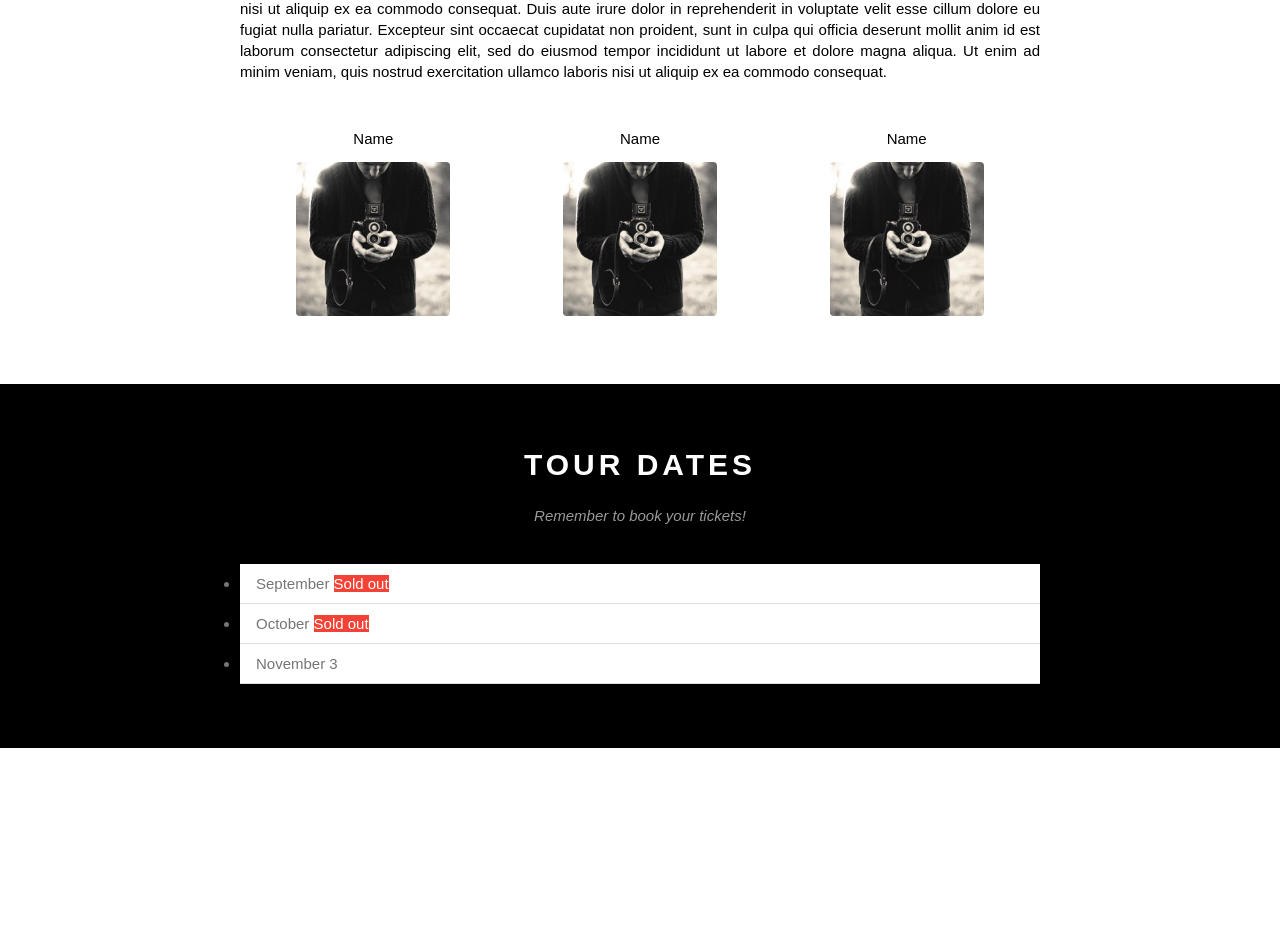
Repository: Phunobita/The-band-w3school
Page: index.html
The author's editor kept a copy of each file at every save. The page is drawn from the files as they stood at one save, then again after the next save.
The browser window is 1280 px wide. The pictures show the part of the page from y = 559 to 1511 px (the page is 1511 px tall).
A picture or video elsewhere on the page could not be fetched, so the positions and the page height are approximate.

Above is the page before, as saved 2021-12-02 22:11:49.

After the next save:
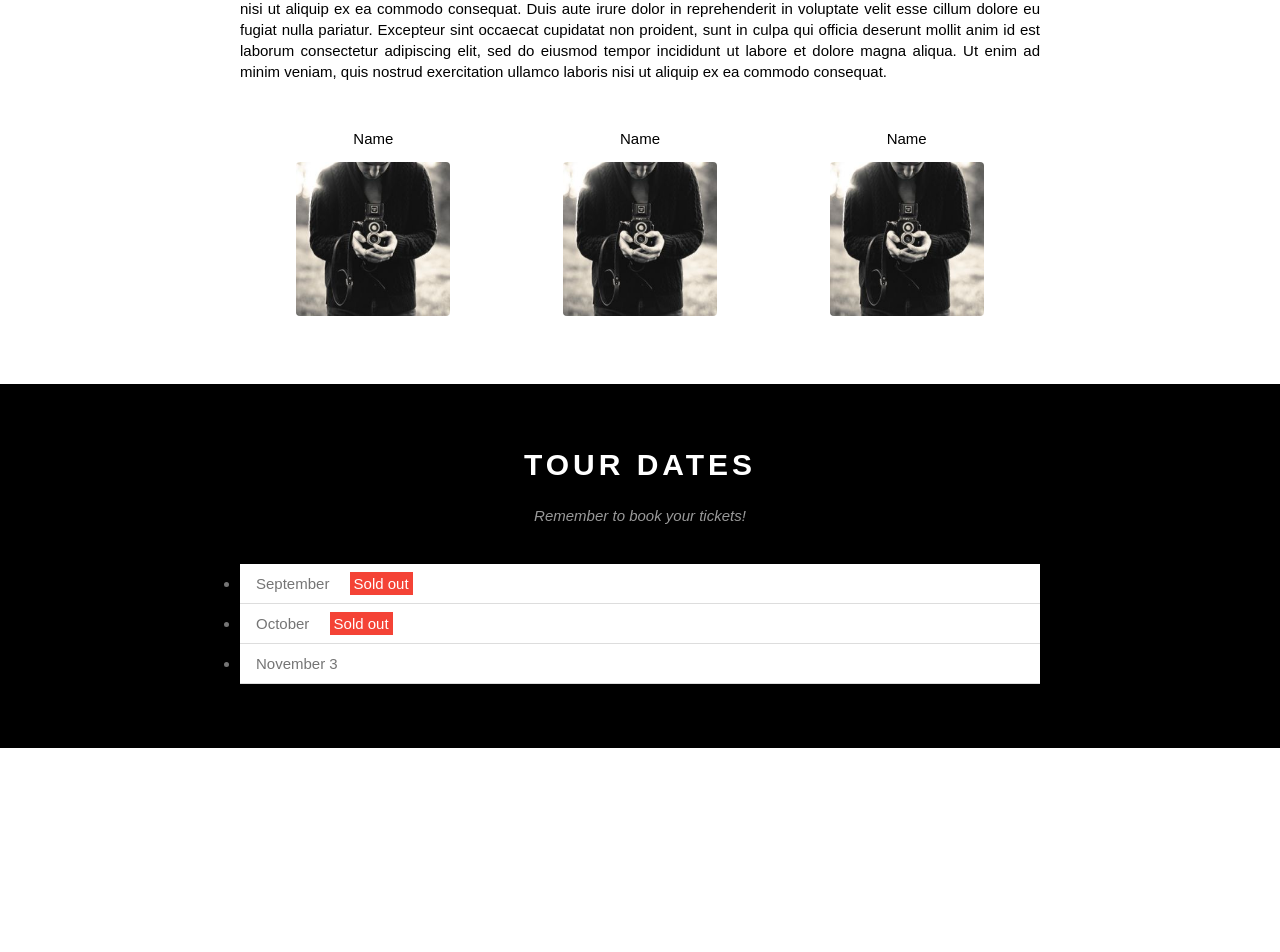
Saved 59 s later.
--- a/assets/css/style.css
+++ b/assets/css/style.css
@@ -169,6 +169,8 @@
 .ticket__list .sold-out {
   color: #fff;
   background-color: #f44336;
+  padding: 3px 4px;
+  margin-left: 16px;
 }
 .ticket__list .quantity {
 }
